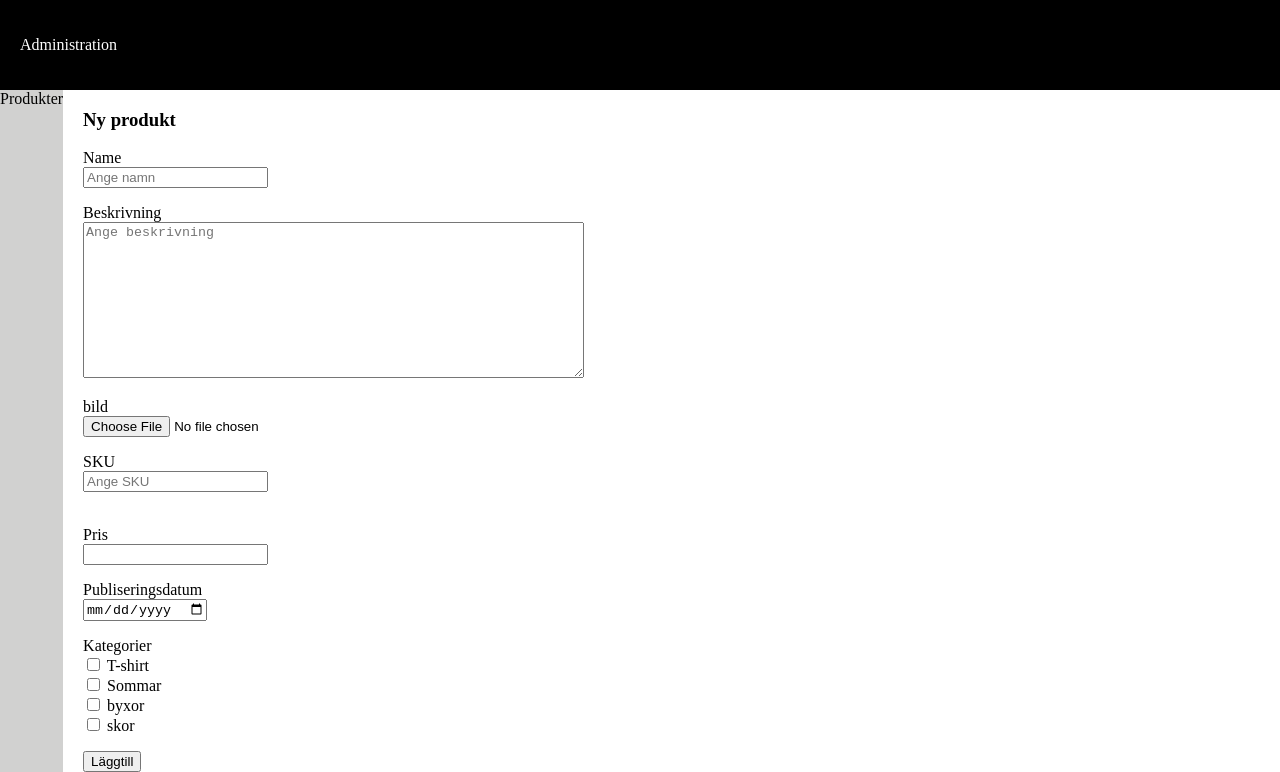
Repository: Kalle1995/project
Page: Nyproduckt.html
These files come from the project's save history. The page is drawn as it stood at one moment and after a run of saves; the edit follows.
The browser window is 1280 px wide. The pictures show the whole page.

Above is the page before, as saved 2024-10-06 21:08:14.

### Nyproduckt.html
<!DOCTYPE html>
<html lang="sv">

<head>
    <meta charset="UTF-8">
    <meta name="viewport" content="width=device-width, initial-scale=1.0">
    <title>Nyprodukt</title>
    <link rel="stylesheet" href="main.css">
</head>

<body>
    <header class="AD">
        <p>
            Administration
        </p>
    </header>

    <main class="AD-main">
        <aside class="PR">
            <p>Produkter</p>
        </aside>

        <section class="AD-section">
            <form action="#"></form>
                <h3>
                    Ny produkt
                </h3>
                <div>
                    <p>
                        <label for="name">Name</label> <br>
                        <input type="text" name="fullName" id="fullName" placeholder="Ange namn" required="true">
                    </p>
                </div>

                <p>
                    <label for="massage">Beskrivning</label> <br>
                    <textarea name="message" id="message" cols="60" rows="10" placeholder="Ange beskrivning"></textarea>
                </p>
                <p>
                    <label for="Pic">bild</label> <br>
                    <input type="file" required="true" accept="image/*">
                </p>
                <p>
                    <label for="sku">SKU</label><br>
                    <input type="text" id="sku" name="sku" required pattern="[A-Za-z]{3}[0-9]{3}" title="AAA111"
                        placeholder="Ange SKU"><br><br>

                </p>
                <p>
                    <label for="Pris">Pris</label> <br>
                    <input type="number">
                </p>
                <p>
                    <label for="data">Publiseringsdatum</label> <br>
                    <input type="date" name="data" id="data">
                </p>

                <p>
                    <label for="Kategorier">Kategorier</label> <br>
                    <input type="checkbox">
                    <label for="T-shirt">T-shirt</label><br>
                    <input type="checkbox">
                    <label for="Sommar">Sommar</label><br>
                    <input type="checkbox">
                    <label for="byxor">byxor</label><br>
                    <input type="checkbox">
                    <label for="skor">skor</label>
                </p>

                <div class="läggTill">
                    <button name="läggTill" type="submit" value="">Läggtill</button>
                </div>
            </form>
        </section>
    </main>
</body>
</html>

### main.css
body {
    margin: 0;
    padding: 0;
    font-size: 2em;
    display: grid;
}


.head-title {
    text-align: center;
}

.products {
    display: grid;
    gap: 15px;
}

ul {
    list-style-type: none;
    margin: 0;
    padding: 0;

}

.search {
    border: 2px solid gray;
    border-radius: 12px;
    padding: 5px;
    display: inline;
    background-image: url(bilder/search.png);
    background-repeat: no-repeat;
    background-position: 4px;
    padding-left: 25px;

}

.NavList {
    padding-bottom: 10px;
    padding-top: 10px;

}

.hide-on-mobile {
    display: none;
}

.nav-list-item {
    a {
        text-decoration: none;
    }
}

.product {
    position: relative;
}

.product-icon {
    right: 20px;
    bottom: 80px;
    position: absolute;
}

.product-pic {
    width: 100%;
    height: auto;
}

.head {
    display: flex;
    flex-direction: column;
}

.head-image {
    width: 100%;
}

.wholeHead {
    display: flex;
    flex-direction: row;
}

.searchAndIcons {
    width: 100%;
    display: flex;
    flex-direction: row;
    margin: auto 0 auto 20px;
}

.search {
    height: 30px;
    width: 100%;
    max-width: 400px;
    margin-right: 10px;
}

.headIcons {
    display: flex;
    gap: 10px;
    margin-right: 0;
    margin-left: auto;

    img {
        height: 30px;
    }
}

.icon {
    width: 300px;
}

.small-footer {
    display: none;
}

header {
    padding: 20px;
}

main {
    padding: 20px;
}


@media (max-width: 640px) {
    .mid {
        position: relative;
        display: block;
        font-size: medium;
    }

    li {
        margin-bottom: 3px;
    }

    .icon {
        width: 100%;
    }

    .wholeHead {
        flex-direction: column;
    }

    .search {
        height: 35px;
        width: 100%;
        max-width: 400px;
    }

    .headIcons {
        img {
            height: 35px;
        }
    }

    .searchAndIcons {
        margin-top: 10px;
        margin-left: 0;
    }

    .small-footer {
        display: block;
    }

    .normal-footer {
        display: none;
    }
}

@media (min-width: 640px) {
    .products {
        grid-template-columns: repeat(2, 1fr);
    }

    .mid {
        position: relative;
        display: block;
        font-size: large;
    }

    li {
        display: inline;
        margin-right: 5px;
    }
}

body {
    font-size: 1.5em;
}

@media (min-width: 1024px) {
    .products {
        grid-template-columns: repeat(4, 1fr);
    }

    body {
        font-size: 1em;
    }

    .listan {
        display: flex;
    }

    li {
        display: inline;
        margin-right: 5px;
    }

    .hide-on-mobile {
        display: inline-block;
    }

    .head {
        flex-direction: row-reverse;
    }
}





/*
    @media (max-width:1024px) {
        .ejnav {
            display: none;
        }

      }
*/



/*
      @media print {
        body {
            font-size: 4em;
        }
        img {
            display: none;
        }
      }
*/



/*
här för Nyproduckt sidan
*/


.slide-item {
    display: flex;
    flex-direction: row;
    gap: 20px
}

.slide-image {
    width: 32%;
    margin: auto;
}

header>h3 {
    position: absolute;
    left: 10px;
    bottom: auto;
}

.vänster {
    display: grid;
    grid-template-rows: 100%;
    background-color: gray;
}

.w-100 {
    width: 100%;
}

.liggTill {
    hero-text button: hover
}


/*
kassa sidan
*/

.kassa {
    text-align: center;

}






.buy>button {
    display: grid;
    align-items: center;
    width: 80px;
    height: 30px;
    background-color: rgb(255, 255, 255);
    margin-left: 50%;
    font-weight: bold;
    border-radius: 10px;

}



.custom.btn-success {
    color: red;
}

.no-space {
    margin: 0;
    padding: 0;
    border: none;
    border-top: 1px solid black;
    /* Valfri färg eller stil på linjen */
}

.normal-footer {
    padding: 15px;
    background-color: rgb(207, 206, 206)
}

.list-container {
    display: inline-flex;
    justify-content: space-between;
    /* Ser till att listorna sprids ut jämnt */
    gap: 150px;
    /* Mellanrum mellan listorna */
}

.list {
    flex: 1;
    /* Gör att listorna tar upp lika mycket plats */
    padding-left: 15px;
}

.list h3 {
    margin-bottom: 20px;
}

.list li {
    list-style-type: none;
    /* ingen punkter i listan */
    padding: 0;
}

.list li ul {
    margin-bottom: 10px;
}




/*
Administration
*/

.AD {
    background-color: black;
    color: white;
}

.AD-main {
    padding: 0;
    display: flex;
    flex-direction: row;
}

.PR {
    background-color: rgb(209, 209, 208);
    height: 100%;
    padding: 0;;

    p {
        margin: 0;
    }
}

.AD-section {
    margin-left: 20px;
}

.AR {
    position: relative;
    ;
    left: 200px;
    top: -40px;

}













/*

.Company{
    text-align: center;
    bottom: auto;
}

After the next 2 saves:
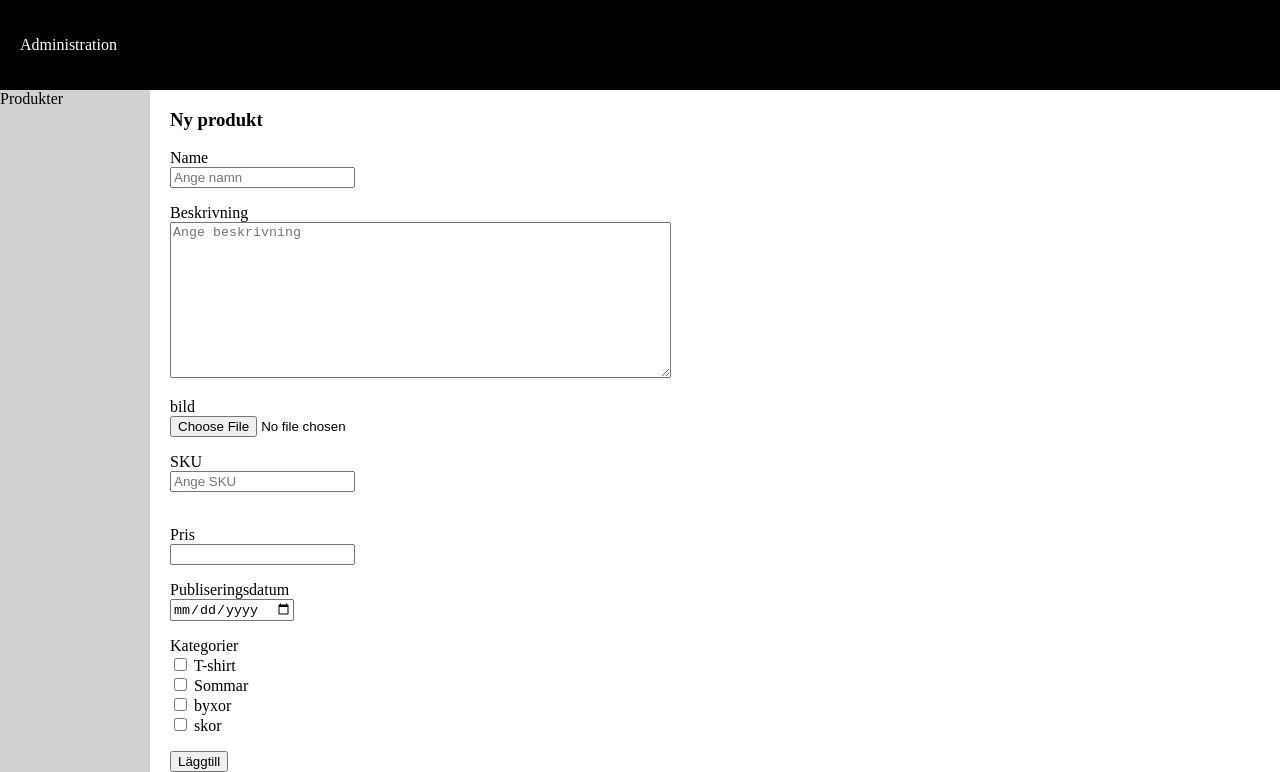
The 2 saves are shown as one change because they came seconds apart.
The last was saved 3 min 47 s later.
--- a/main.css
+++ b/main.css
@@ -373,7 +373,7 @@ Administration
 .PR {
     background-color: rgb(209, 209, 208);
     height: 100%;
-    padding: 0;;
+    width: 150px;
 
     p {
         margin: 0;
